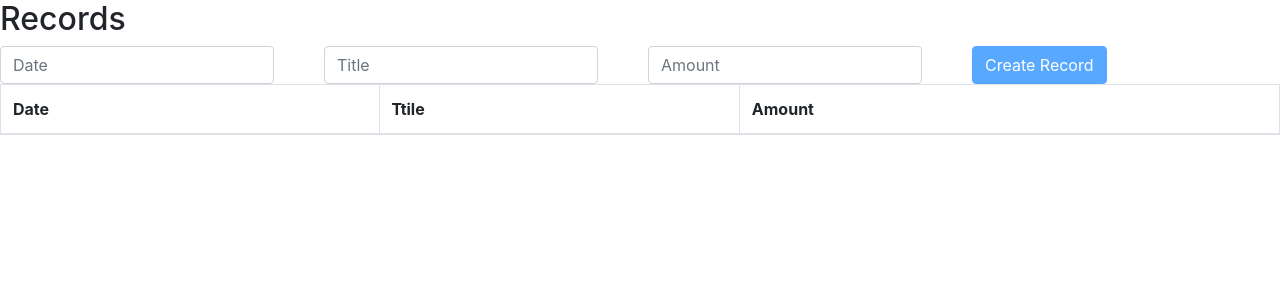
Repository: wjszydygns/accouts
Page: /
An editor plug-in stored every save of this project. The page is shown before and after the next save, followed by the edit.
The browser window is 1280 px wide. The pictures show the whole page.
The page's requests for data from a server got no answer. The project was rebuilt for these pictures with package versions that can differ from the ones it lists, and the page was loaded fresh each time. No one was signed in, and anything a server would have sent is missing. Also part of the build but not shown: src/components/record.jsx.

Above is the page before, as saved 2018-11-30 15:31:48.

After the next save:
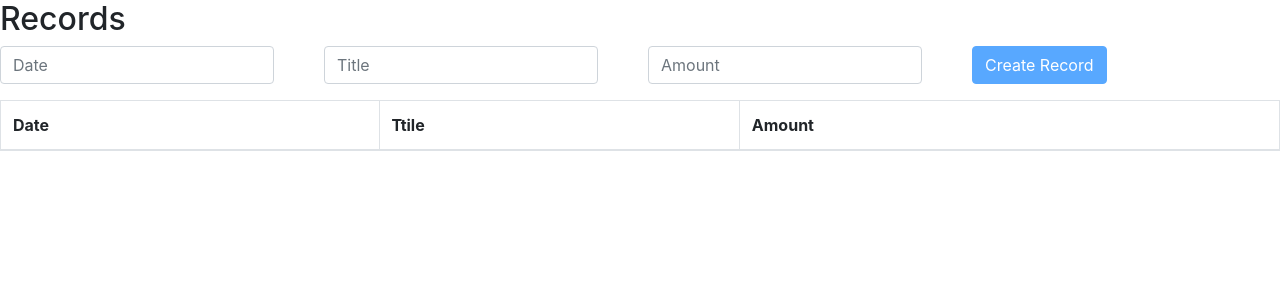
Saved 7 min 9 s later.
--- a/src/components/RecordForm.js
+++ b/src/components/RecordForm.js
@@ -20,9 +20,14 @@ class RecordForm extends Component {
     handle=(e,key)=>{
        this.setState({
         [key]:e.target.value
+       })
+    }
+    addRecord=()=>{
 
 
-       })
+
+
+
     }
 
 
@@ -30,7 +35,7 @@ class RecordForm extends Component {
       //  const {record}=this.props
       const {date,title,amount}=this.state;
     return (
-     <form className="form-inline">
+     <form className="form-inline mb-3">
       <div className="form-group">
         <input type="text" className="form-control"
                placeholder="Date"
@@ -55,7 +60,8 @@ class RecordForm extends Component {
       <div className="form-group">
       <button className="btn btn-primary"
               type="submit"
-              disabled={!(date && title && amount)}>
+              disabled={!(date && title && amount)}
+              onClick={this.addRecord}>
               Create Record
      </button>
       </div>
